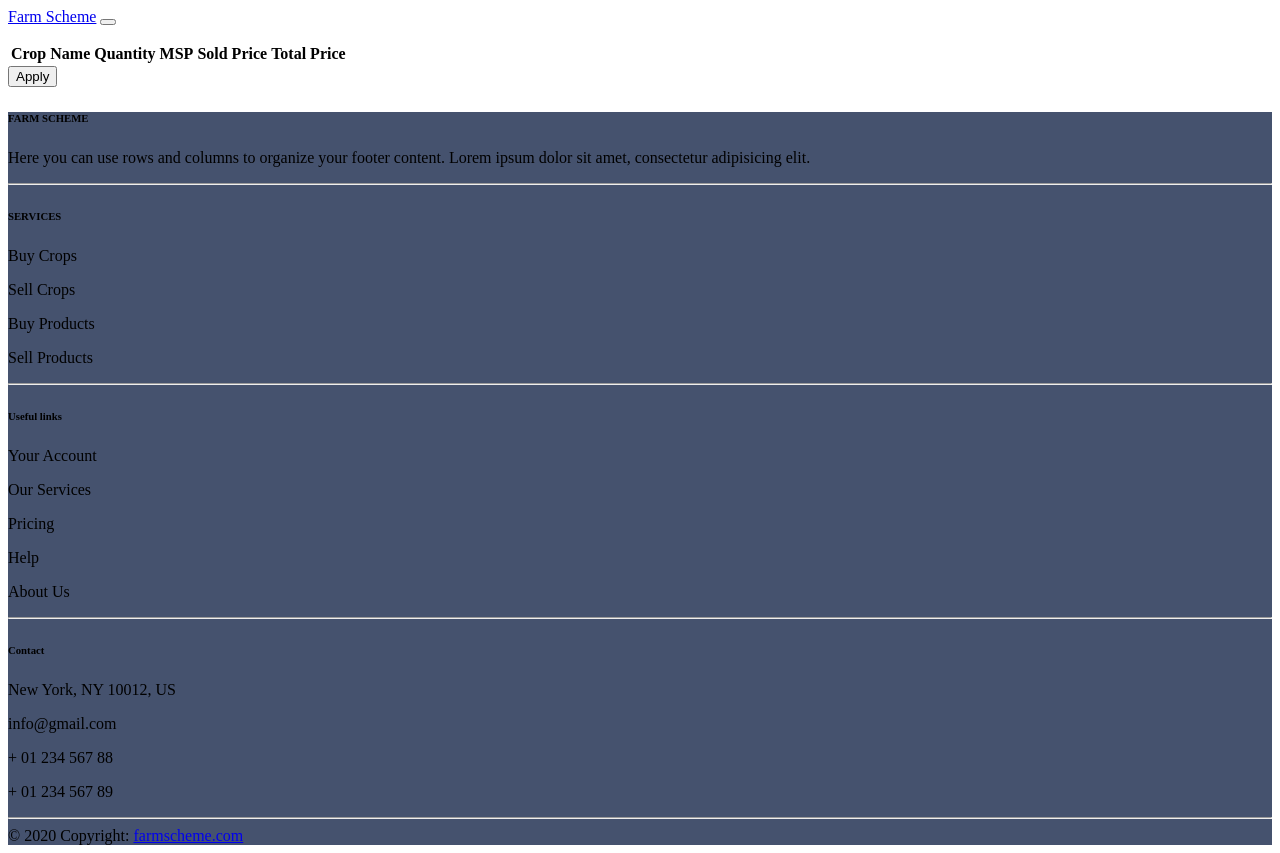
Repository: lavakumar17/Farmscheme
Page: http://localhost/demo/farmer/sold_history.jsp
The author's editor kept a copy of each file at every save. The page is drawn from the files as they stood at one save, then again after the next save.
The browser window is 1280 px wide. The pictures show the whole page.
The page is served by Tomcat 9.

Above is the page before, as saved 2022-06-23 04:14:42.

After the next save:
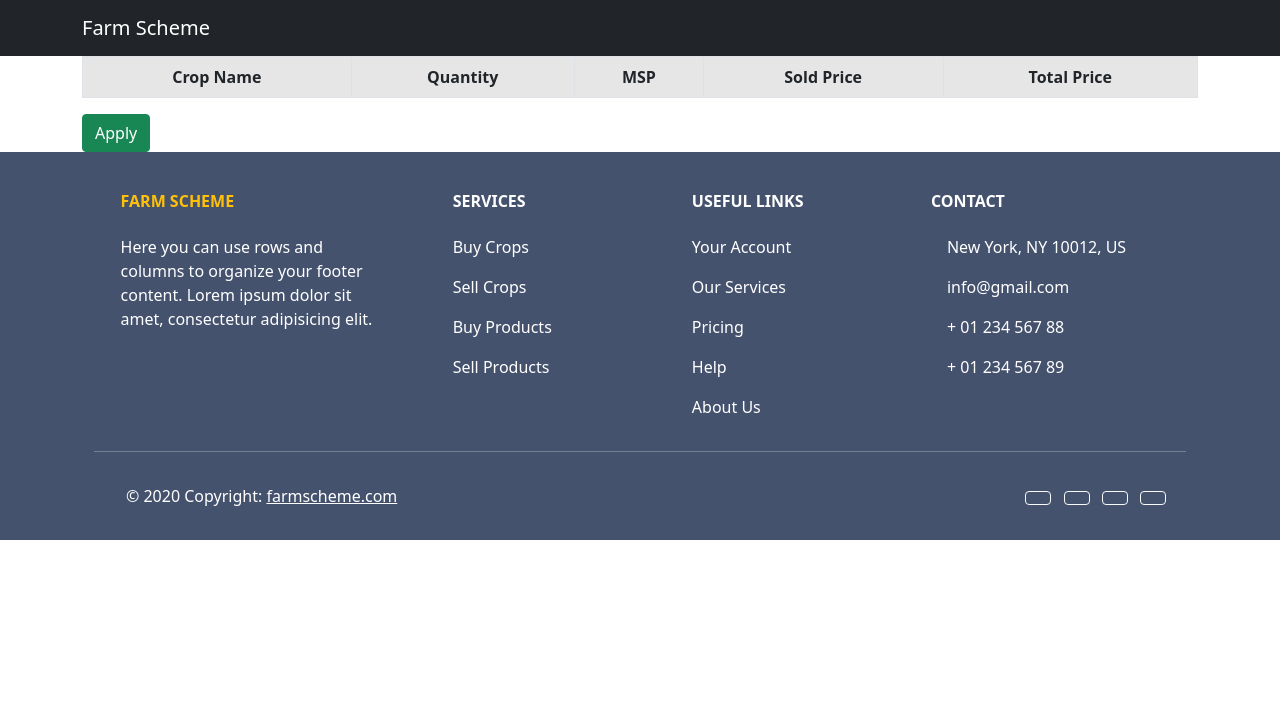
Saved 51 s later.
--- a/MainProject/demo/src/main/webapp/farmer/sold_history.jsp
+++ b/MainProject/demo/src/main/webapp/farmer/sold_history.jsp
@@ -6,6 +6,9 @@
 <head>
 <meta charset="ISO-8859-1">
 <title>Insert title here</title>
+
+<!-- Bootstrap css and JavaScript links -->
+    <%@include file="bootstrap_links.jsp" %>
 </head>
 <body>
 <nav class="navbar navbar-expand-lg navbar-dark bg-dark">
